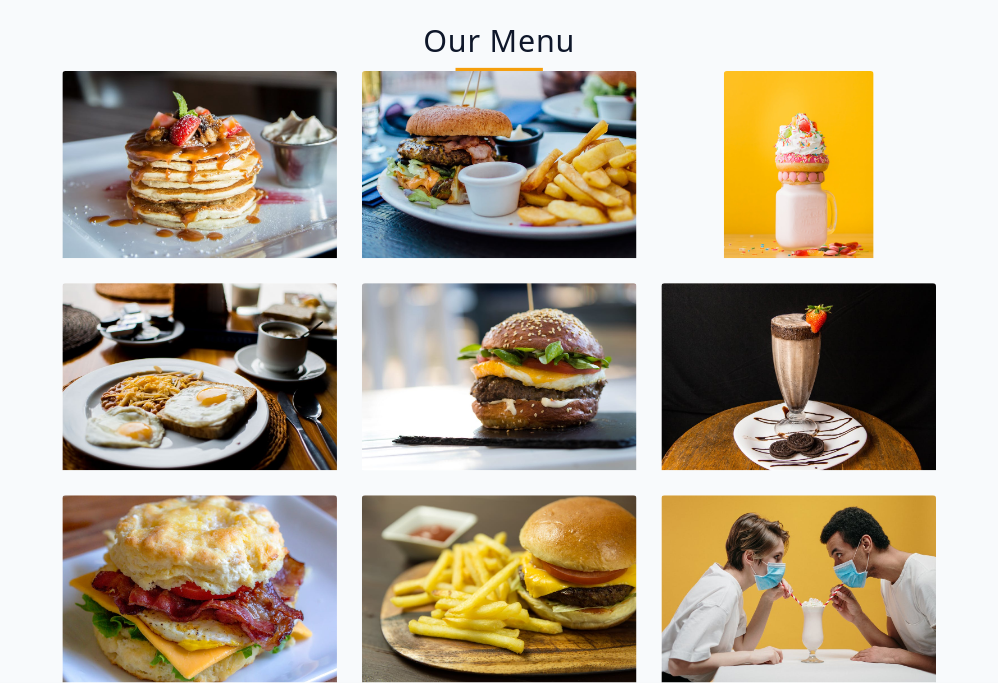
Repository: Maryie-B/React-Practice-Projects
Page: / (app in Restaurant Menu/)
An editor plug-in stored every save of this project. The page is shown before and after the next save, followed by the edit.
The browser window is 1280 px wide. The pictures show the whole page, at 78% of full size.
The project was rebuilt for these pictures with package versions that can differ from the ones it lists, and the page was loaded fresh each time. Also part of the build but not shown: Restaurant Menu/vite.config.js.

Above is the page before, as saved 2023-06-08 09:32:45.

After the next save:
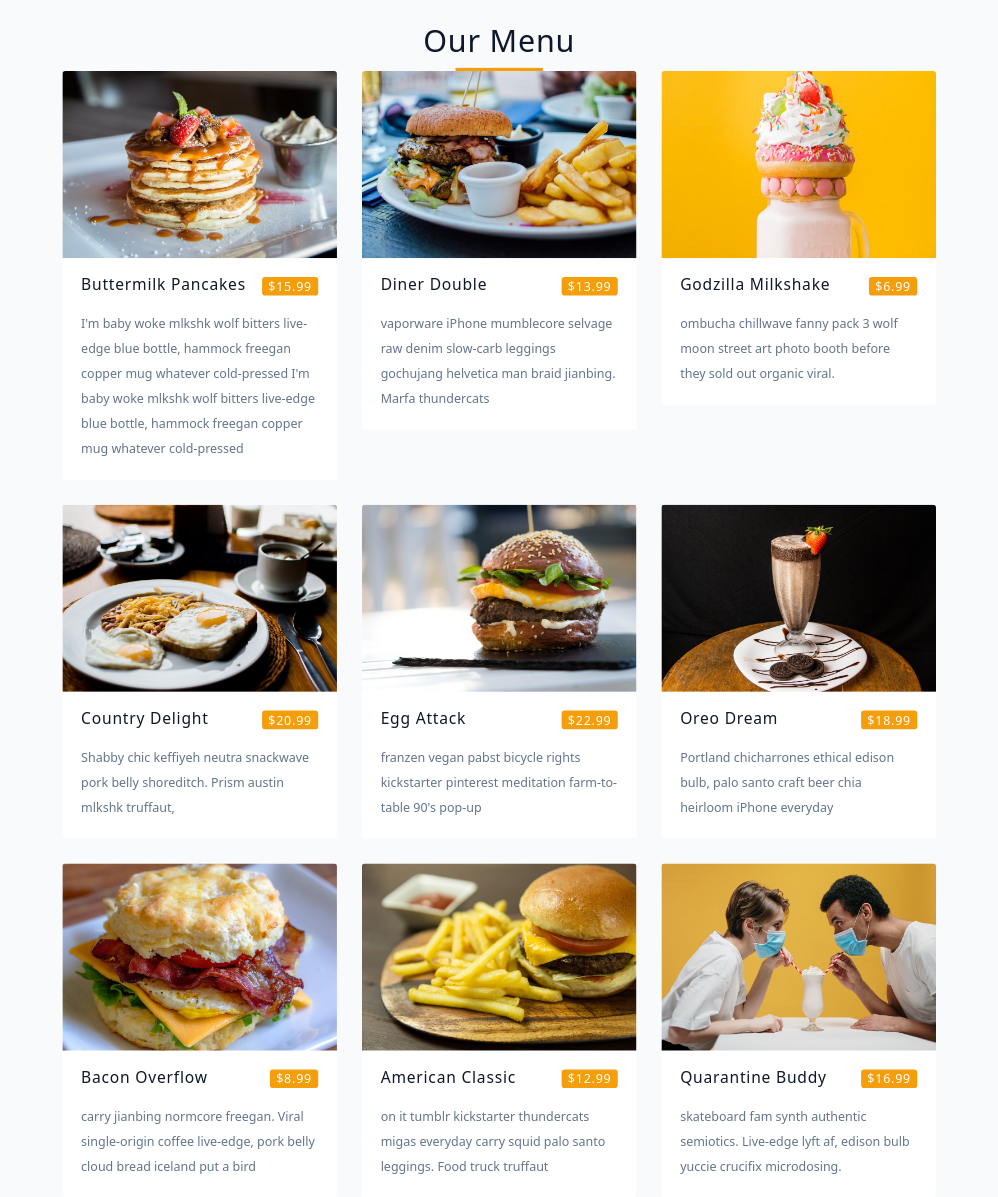
Saved 111 s later.
--- a/Restaurant Menu/src/MenuItem.jsx
+++ b/Restaurant Menu/src/MenuItem.jsx
@@ -4,6 +4,15 @@ const MenuItem = ({img, title, price, desc}) => {
   return (
     <article className='menu-item' >
       <img src={img} alt={title} className="img" />
+      <div className="item-info">
+        <header>
+            <h5>{title}</h5>
+            <span className="item-price">${price}</span>
+        </header>
+        <p className="item-text">{desc}</p>
+
+      </div>
+
     </article>
   )
 }
